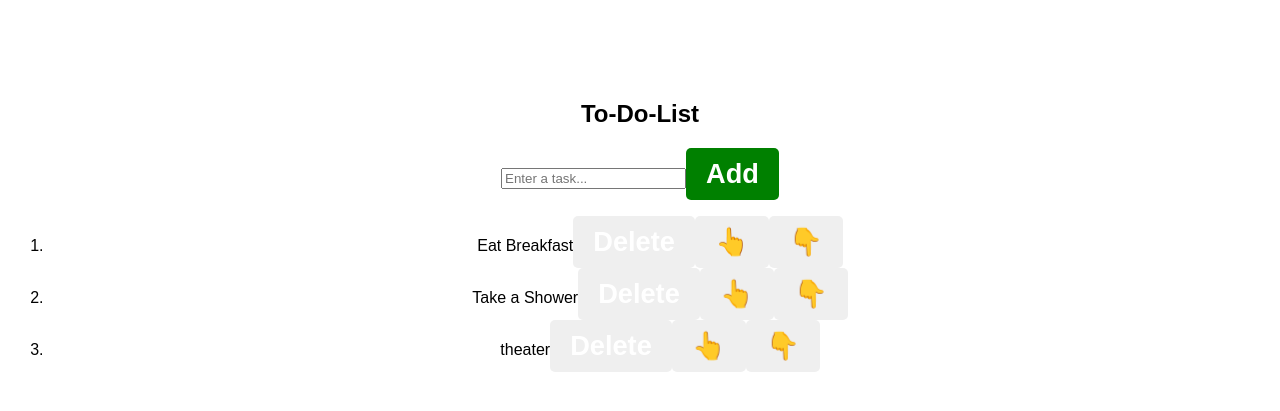
Repository: wakoya-tech/my-react-practice
Page: /
An editor plug-in stored every save of this project. The page is shown before and after the next save, followed by the edit.
The browser window is 1280 px wide. The pictures show the whole page.
The project was rebuilt for these pictures with package versions that can differ from the ones it lists, and the page was loaded fresh each time. Also part of the build but not shown: vite.config.js.

Above is the page before, as saved 2025-10-06 16:21:26.

### src/index.css
.to-do-list {
  font-family: Arial, Helvetica, sans-serif;
  text-align: center;
  margin-top: 100px;

}
h1{
  font-size: 4rem;

}
button {
  font-size: 1.7rem;
  font-weight: bold;
  padding: 10px 20px;
  color: white;
  border: none;
  border-radius: 5px;
  cursor: pointer;
  transition: background-color 0.5 ease;
}
.add-button {
  background-color: green;
}
.add-button :hover{
  background-color: green;
}

### src/App.jsx
import ToDoList from './ToDoList.jsx'

function App() {

  return (
<ToDoList/>
  );
}
export default App;

### src/ToDoList.jsx
import React,{useState} from "react";
function ToDoList(){
    const [tasks,setTasks]=useState(["Eat Breakfast","Take a Shower","theater"]);

    const [newTask,setNewTask]=useState("");
 function handleInputChange(event){
setNewTask(event.target.value)
 }
    function AddTask(){

 }
 function handleRemoved(index){

 }
 function handleMoveUp(){

 }
 function handleMoveDown(index){

 }

return(
<div className="to-do-list">
    <h2>To-Do-List</h2>
    <div>
         <input type="text"
   placeholder="Enter a task..."
   value={newTask}
   onChange={handleInputChange} />
   <button className="add-button"
   onClick={AddTask}>Add</button>
   </div>
   <ol>
    {tasks.map((task,index)=>
    <li key={index} >

        <span className="text">{task}</span>
    <button className="delete-button"
    onClick={()=>handleRemoved(index)}>Delete
    </button>

    <button className="move-button"
    onClick={()=>handleMoveUp(index)}>
        👆</button>

    <button className="move-button"
    onClick={()=>handleMoveDown(index)}>👇</button>
    </li>)}
   </ol>

    </div>);i


}
export default ToDoList

Loaded but not shown: index.html (common file); src/main.jsx (common file)

After the next save:
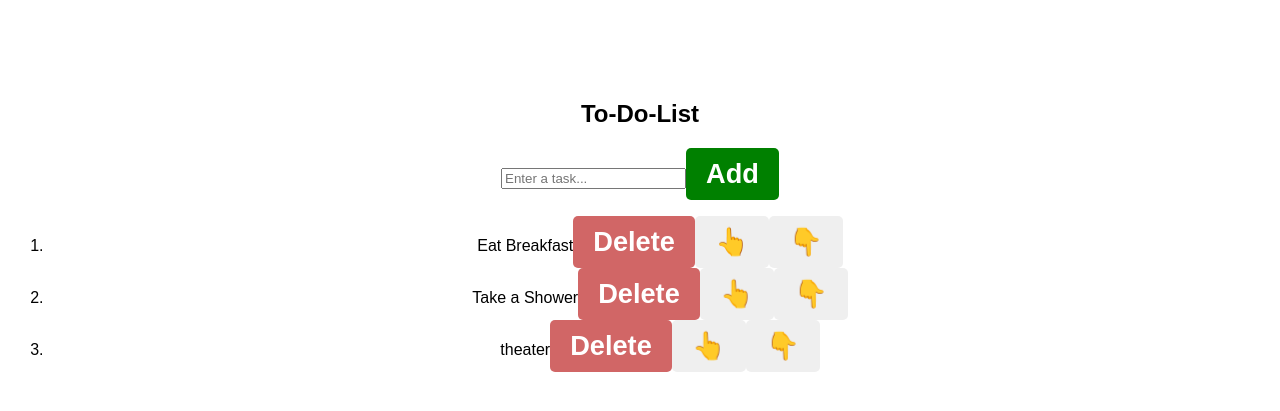
Saved 95 s later.
--- a/src/index.css
+++ b/src/index.css
@@ -24,3 +24,9 @@ button {
 .add-button :hover{
   background-color: green;
 }
+.delete-button {
+  background-color: rgb(209, 102, 102);
+}
+.delete-button :hover{
+  background-color:rgb(230, 12, 12);
+}
